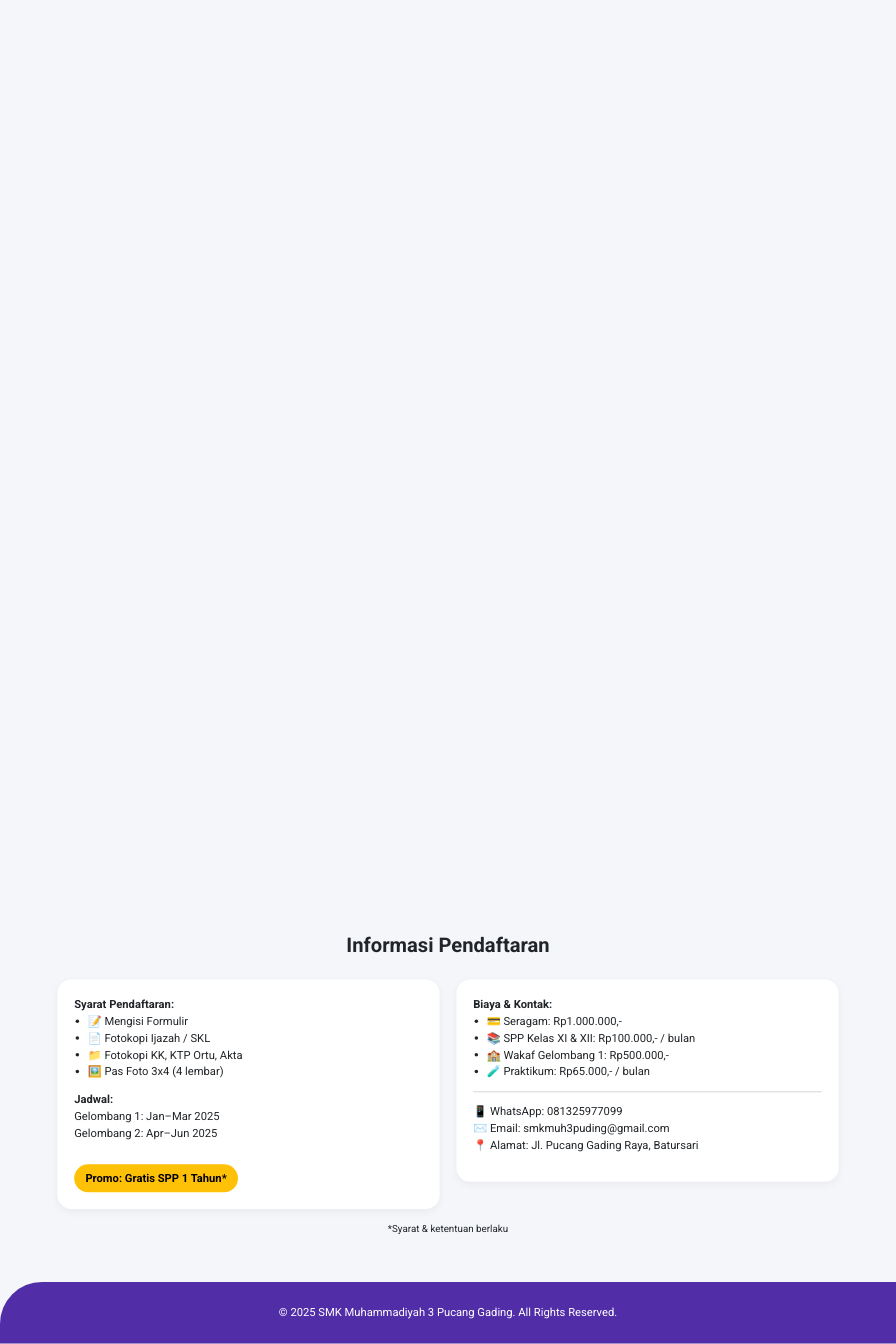
Repository: ppdbsmkmutipuga/ppdbsmkmutipuga.github.io
Page: index.html
The author's editor kept a copy of each file at every save. The page is drawn from the files as they stood at one save, then again after a run of saves.
The browser window is 1280 px wide. The pictures show the part of the page from y = 785 to 2705 px (the page is 2705 px tall), at 70% of full size.

Above is the page before, as saved 2025-06-29 02:44:47.
Not found: main.js

After the next 2 saves:
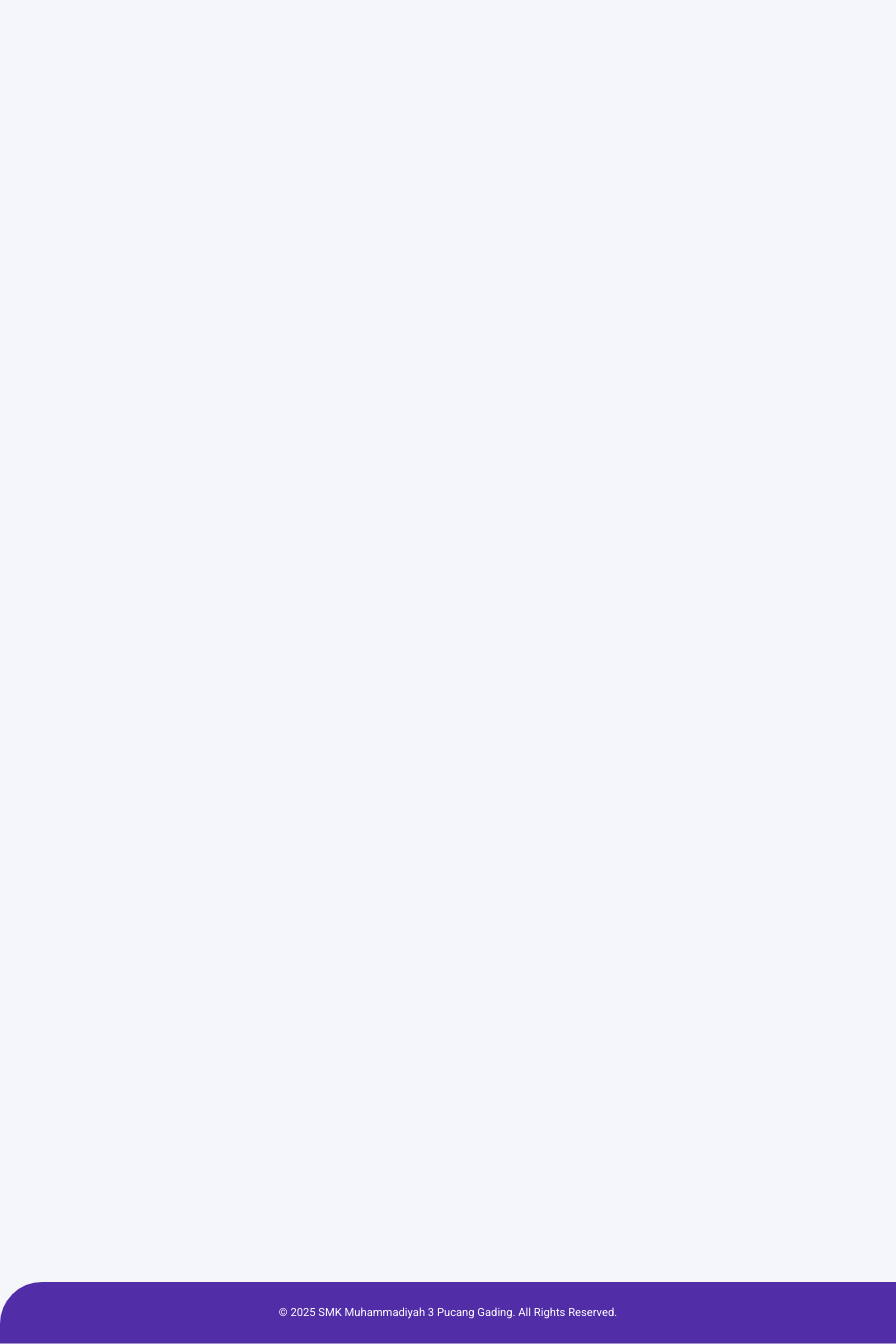
The 2 saves are shown as one change because they came seconds apart.
The last was saved 11 s later.
--- a/index.html
+++ b/index.html
@@ -123,7 +123,7 @@
         </div>
     </section>
 
-    <section id="pendaftaran" class="container py-5">
+    <section id="pendaftaran" class="container py-5 fade-in">
         <h2 class="section-title">Informasi Pendaftaran</h2>
         <div class="row g-4">
             <div class="col-md-6">
@@ -165,7 +165,7 @@
     <script src="https://cdn.jsdelivr.net/npm/bootstrap@5.3.3/dist/js/bootstrap.bundle.min.js"></script>
     <script src="main.js"></script>
     <!-- Scroll to Top Button -->
-<button id="scrollTopBtn" title="Kembali ke atas">↑</button>
+    <button id="scrollTopBtn" title="Kembali ke atas">↑</button>
 </body>
 
 </html>
